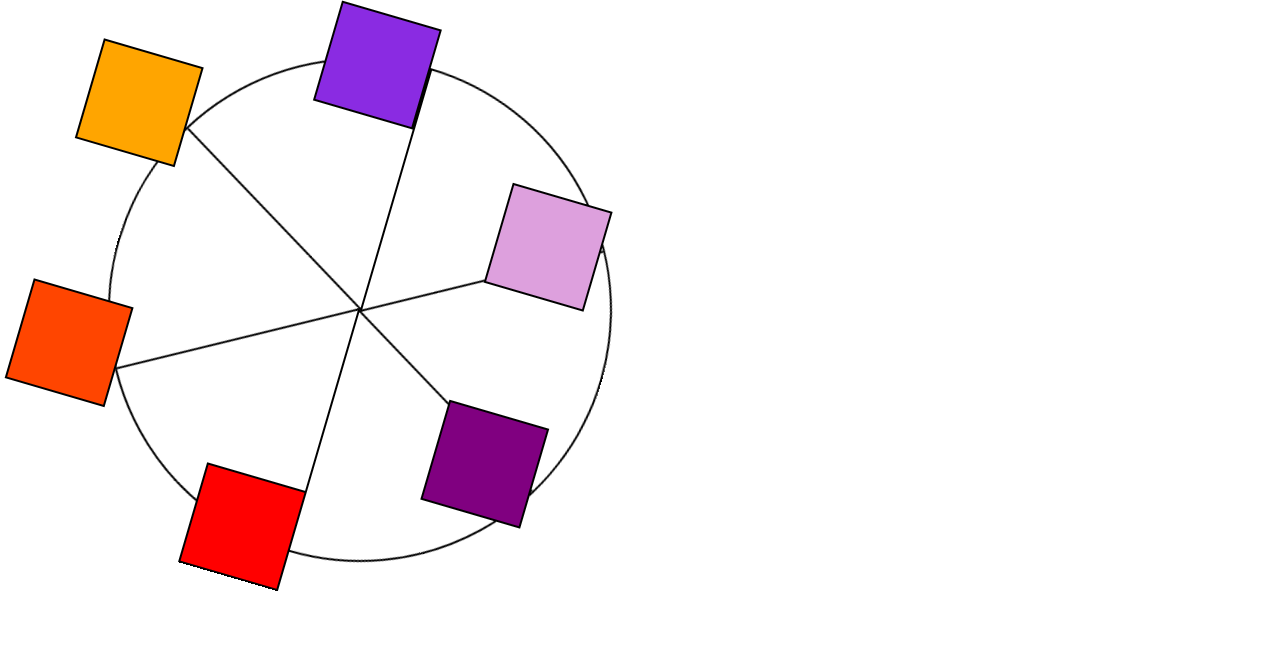
Repository: Lungdjos/ferris_wheel
Page: index.html
The author's editor kept a copy of each file at every save. The page is drawn from the files as they stood at one save, then again after the next save.
The browser window is 1280 px wide. The pictures show the whole page.

Above is the page before, as saved 2024-01-11 09:47:57.

After the next save:
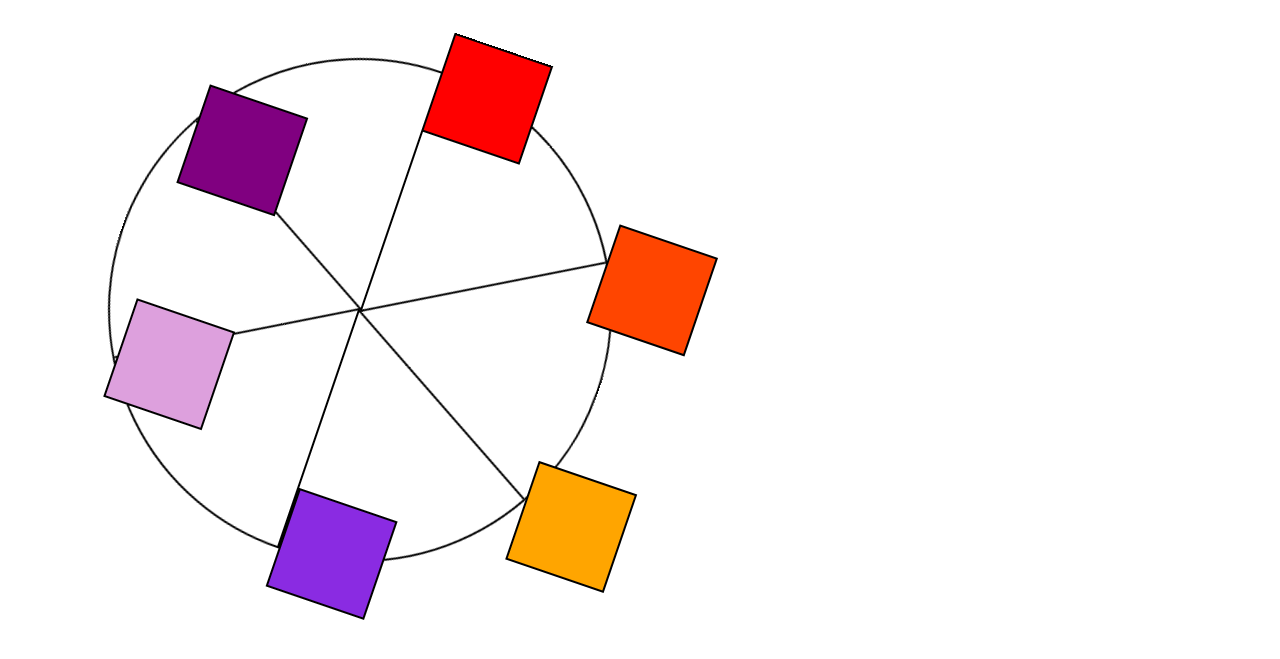
Saved 101 s later.
--- a/styles.css
+++ b/styles.css
@@ -11,7 +11,7 @@
     max-width: 500px;
     max-height: 500px;
     animation-name: wheel;
-    animation-duration: 25s;
+    animation-duration: 10s;
 }
 
 
